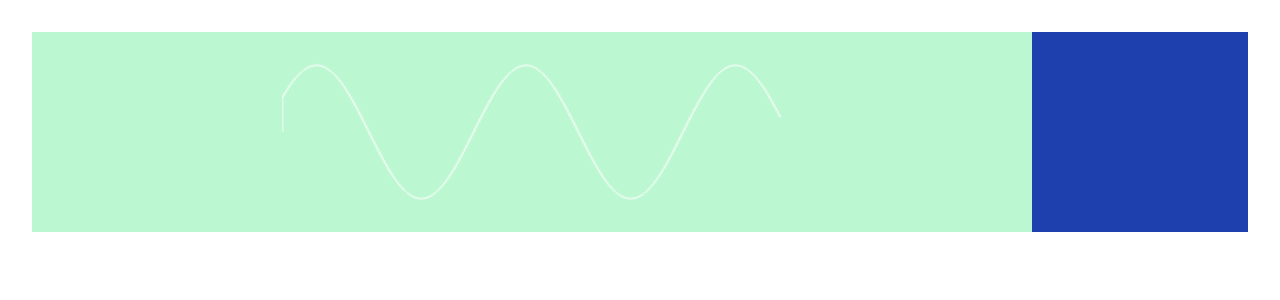
Repository: TMuse333/quantum-experiments
Page: /
An editor plug-in stored every save of this project. The page is shown before and after a run of saves, followed by the edit.
The browser window is 1280 px wide. The pictures show the whole page.
The project was rebuilt for these pictures with package versions that can differ from the ones it lists, and the page was loaded fresh each time. Also part of the build but not shown: vite.config.ts.

Above is the page before, as saved 2024-06-08 18:04:03.

### src/App.tsx
import { useState } from 'react'
import reactLogo from './assets/react.svg'
import viteLogo from '/vite.svg'
import './App.css'
import SineWave from './components/wave/wave'

function App() {
  const [count, setCount] = useState(0)

  return (
    <>
    <div className='bg-blue-800'>


     <SineWave/>
     </div>
    </>
  )
}

export default App

### src/components/wave/wave.tsx
import React, { useRef, useEffect } from 'react';

const SineWave: React.FC = () => {
  const canvasRef = useRef<HTMLCanvasElement | null>(null);

  useEffect(() => {
    const canvas = canvasRef.current;
    if (!canvas) return;

    const c = canvas.getContext('2d');
    if (!c) return;

    const wave = {
      amplitude: 50,
      frequency: 0.05, // Slower wave
      speed: 0.03, // Slower speed
      xOffset: 0,
      yOffset: canvas.height / 2,
      waveColor: '#fff'
    };

    const draw = () => {
      c.clearRect(0, 0, canvas.width, canvas.height);
      c.beginPath();
      c.moveTo(0, wave.yOffset);
      for (let x = 0; x < canvas.width; x++) {
        const y = wave.yOffset + Math.sin(x * wave.frequency + wave.xOffset) * wave.amplitude;
        c.lineTo(x, y);
      }
      c.strokeStyle = wave.waveColor;
      c.stroke();
      wave.xOffset += wave.speed;
      requestAnimationFrame(draw);
    };

    draw();

    // const resizeHandler = () => {
    //   canvas.width = window.innerWidth;
    //   canvas.height = window.innerHeight;

    // };

    // window.addEventListener('resize', resizeHandler);

    // return () => {
    //   window.removeEventListener('resize', resizeHandler);
    // };
  }, []);

  return  (
    <div className='w-screen bg-green-200
    h-[200px] max-w-[1000px]'>


  <canvas className='h-full ml-auto mr-auto w-[500px]'
   ref={canvasRef} />
     </div>
  )
};

export default SineWave;

Loaded but not shown: index.html (common file); src/main.tsx (common file); src/index.css (common file); src/App.css (common file); tailwind.config.js (common file)

After the next 3 saves:
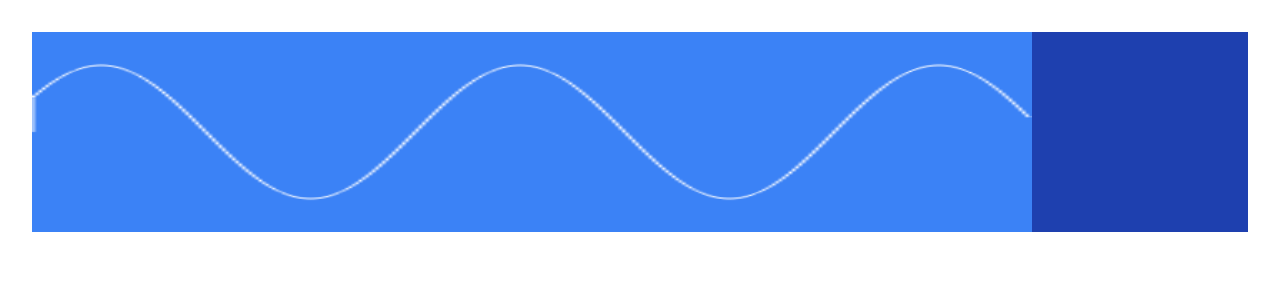
The 3 saves are shown as one change because they came seconds apart.
The last was saved 10 s later.
--- a/src/components/wave/wave.tsx
+++ b/src/components/wave/wave.tsx
@@ -49,11 +49,11 @@ const SineWave: React.FC = () => {
   }, []);
 
   return  (
-    <div className='w-screen bg-green-200
+    <div className='w-screen bg-blue-500
     h-[200px] max-w-[1000px]'>
 
 
-  <canvas className='h-full ml-auto mr-auto w-[500px]'
+  <canvas className='h-full ml-auto mr-auto w-full'
    ref={canvasRef} />
      </div>
   )
